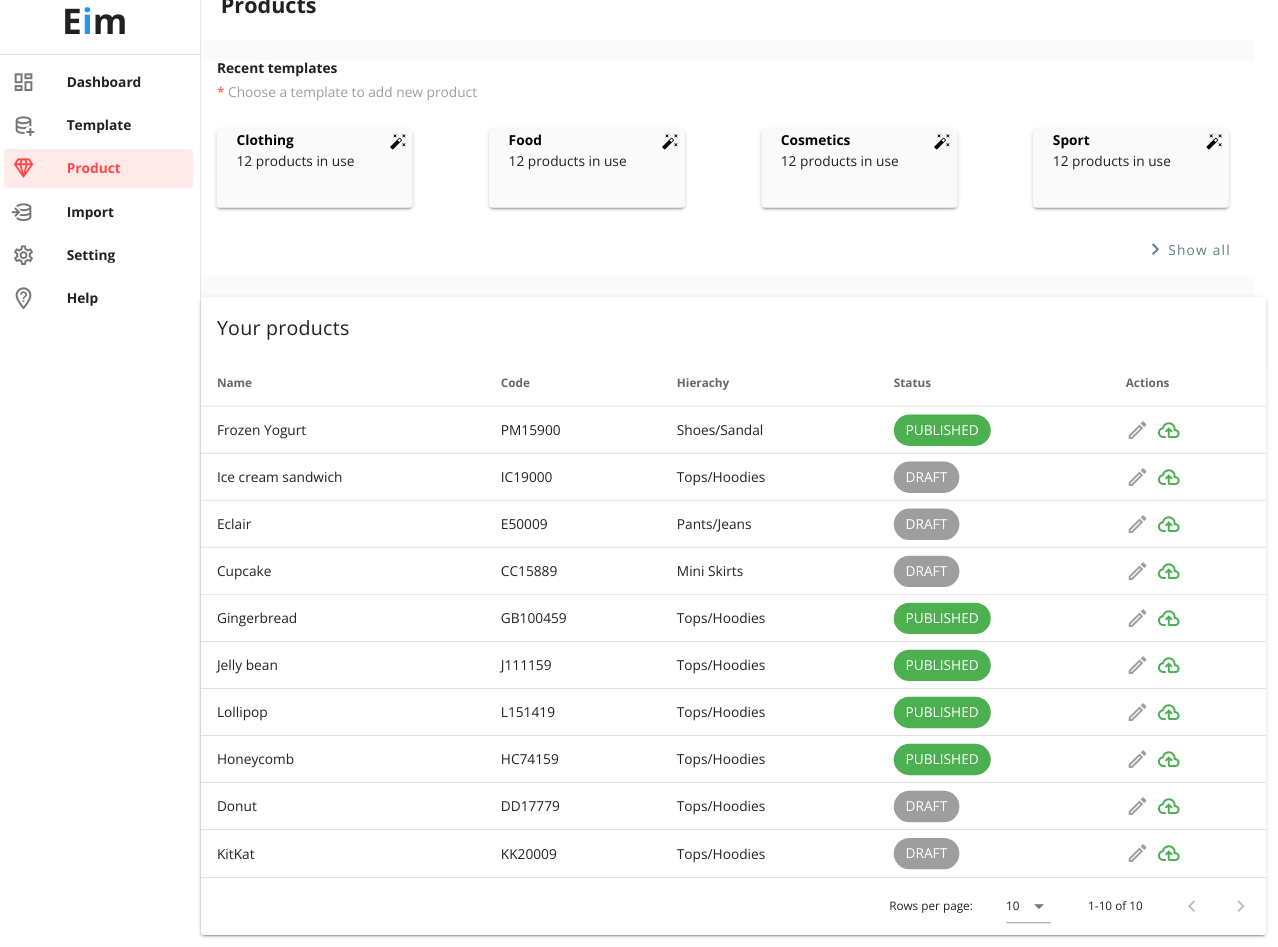
Repository: nguyenphuong152/pim-template
Page: /product
The author's editor kept a copy of each file at every save. The page is drawn from the files as they stood at one save, then again after the next save.
The browser window is 1280 px wide. The page is 1304 px wide, so the pictures cover 1304 px, including what lies to the right of the window. The pictures show the whole page, at 98% of full size.
The project was rebuilt for these pictures with package versions that can differ from the ones it lists, and the page was loaded fresh each time. Also part of the build but not shown: vue.config.js, src/views/Home.vue, src/components/Outcome_1/SearchTemplate.vue, src/components/Outcome_1/YourTemplate.vue, src/components/Outcome_1/ListComponent.vue, src/components/Outcome_1/AddInfo.vue, src/components/Outcome_1/AddDetail.vue, src/components/Outcome_1/ListComponentProgressive.vue and 18 more.

Above is the page before, as saved 2021-01-19 00:10:50.

### public/index.html
<!DOCTYPE html>
<html lang="en">
  <head>
    <meta charset="utf-8" />
    <meta http-equiv="X-UA-Compatible" content="IE=edge" />
    <meta name="viewport" content="width=device-width,initial-scale=1.0" />
    <link rel="icon" href="<%= BASE_URL %>favicon.ico" />
    <link rel="preconnect" href="https://fonts.gstatic.com" />
    <link rel="preconnect" href="https://fonts.gstatic.com" />
    <link rel="preconnect" href="https://fonts.gstatic.com" />
    <link
      href="https://fonts.googleapis.com/css2?family=Open+Sans:wght@300;400;600;700;800&display=swap"
      rel="stylesheet"
    />
    <link
      href="https://fonts.googleapis.com/css?family=Montserrat:300,400,500,600,700"
      rel="stylesheet"
    />
    <title><%= htmlWebpackPlugin.options.title %></title>
    <link
      rel="stylesheet"
      href="https://fonts.googleapis.com/css?family=Roboto:100,300,400,500,700,900"
    />
    <link
      rel="stylesheet"
      href="https://cdn.jsdelivr.net/npm/@mdi/font@latest/css/materialdesignicons.min.css"
    />
  </head>
  <body>
    <noscript>
      <strong
        >We're sorry but <%= htmlWebpackPlugin.options.title %> doesn't work
        properly without JavaScript enabled. Please enable it to
        continue.</strong
      >
    </noscript>
    <div id="app"></div>
    <!-- built files will be auto injected -->
  </body>
</html>

### src/main.js
import Vue from "vue";
import App from "./App.vue";
import router from "./router";
import "../sass/style.scss";
import vuetify from "./plugins/vuetify";
import store from "./store";
import { VueMaskDirective } from "v-mask";
Vue.directive("mask", VueMaskDirective);

Vue.config.productionTip = false;

new Vue({
  store,
  router,
  vuetify,
  render: (h) => h(App),
}).$mount("#app");

### src/App.vue
<template>
  <v-app v-bind:style="{ background: activeColor }">
    <v-card height="80" flat class="hidden-md-and-up align-baseline">
      <v-row style="height:0px">
        <v-col class="px-0" cols="3">
          <span class="logo text-start">
            E<span class="blue--text">i</span>m</span
          >
        </v-col>
        <v-col>
          <div class="text-end">
            <v-menu offset-y>
              <template v-slot:activator="{ on }">
                <v-app-bar-nav-icon v-on="on"></v-app-bar-nav-icon>
              </template>
              <v-list>
                <v-list-item
                  v-for="(item, index) in items"
                  :key="index"
                  :to="item.path"
                  color="blue"
                >
                  <v-list-item-title class="text-start">{{
                    item.title
                  }}</v-list-item-title>
                </v-list-item>
              </v-list>
            </v-menu>
          </div>
        </v-col>
      </v-row>
    </v-card>

    <v-row>
      <v-col cols="2" class="pa-0 hidden-xs-only">
        <v-navigation-drawer permanent width="220" class="hidden-xs-only">
          <v-list-item>
            <v-list-item-content>
              <v-list-item-title class="logo">
                E<span class="blue--text">i</span>m
              </v-list-item-title>
            </v-list-item-content>
          </v-list-item>

          <v-divider></v-divider>

          <v-list dense nav class="text-start pl-4">
            <v-list-item
              v-for="item in items"
              :key="item.title"
              :to="item.path"
              color="#FF4848"
            >
              <v-list-item-icon>
                <v-icon>{{ item.icon }}</v-icon>
              </v-list-item-icon>
              <v-list-item-content>
                <v-list-item-title class="template-title font-weight-bold ">{{
                  item.title
                }}</v-list-item-title>
              </v-list-item-content>
            </v-list-item>
          </v-list>
        </v-navigation-drawer>
      </v-col>
      <v-col class="pa-0">
        <router-view />
      </v-col>
    </v-row>
  </v-app>
</template>

<script>
export default {
  name: "App",
  components: {},
  watch: {
    $route(to) {
      document.title = `${to.meta.title}`;
    },
  },
  data() {
    return {
      clicked: false,
      activeColor: "#FAFAFA",
      items: [
        { title: "Dashboard", icon: "mdi-view-dashboard-outline", path: "" },
        {
          title: "Template",
          icon: "mdi-database-plus-outline",
          path: "/template",
        },
        { title: "Product", icon: "mdi-diamond-stone", path: "/product" },
        {
          title: "Import",
          icon: "mdi-database-import-outline",
          path: "/import",
        },

        { title: "Setting", icon: "mdi-cog-outline", path: "" },
        { title: "Help", icon: "mdi-map-marker-question-outline", path: "" },
      ],
      right: null,
    };
  },
};
</script>

### src/router/index.js
import Vue from "vue";
import VueRouter from "vue-router";
import Home from "../views/Home.vue";
import Template from "../views/Outcome_1/CreateProductTemplate.vue";
import Product from "../views/Outcome_2/Outcome_2_screen.vue";
import AddProduct from "../views/Outcome_2/AddProduct.vue";
import Import from "../views/Outcome_3/outcome3_screen.vue";

Vue.use(VueRouter);

const routes = [
  {
    path: "/",
    name: "Home",
    component: Home,
  },
  {
    path: "/template",
    name: "Template",
    component: Template,
    meta: {
      title: "Add Template",
    },
  },
  {
    path: "/product",
    name: "Product",
    component: Product,
    meta: {
      title: "Product",
    },
  },
  {
    path: "/addproduct/:name",
    name: "AddProduct",
    component: AddProduct,
    meta: {
      title: "Add Product",
    },
  },
  {
    path: "/import",
    name: "Import",
    component: Import,
    meta: {
      title: "Import",
    },
  },
  {
    path: "/about",
    name: "About",
    // route level code-splitting
    // this generates a separate chunk (about.[hash].js) for this route
    // which is lazy-loaded when the route is visited.
    component: () =>
      import(/* webpackChunkName: "about" */ "../views/About.vue"),
  },
];

const router = new VueRouter({
  mode: "history",
  base: process.env.BASE_URL,
  routes,
});

export default router;

### sass/style.scss
$font-primary: 'Open Sans',
sans-serif;

@import "~vuetify/src/styles/styles.sass";

$fontsize-content: 14px;
$fontsize-title: 24px;
$fontsize-logo:36px;
$fontsize-header:22px;
$fontsize-nav:20px;


#app {
  font-family: $font-primary;
   font-size:$fontsize-content;
  -webkit-font-smoothing: antialiased;
  -moz-osx-font-smoothing: grayscale;
  text-align: center;
  color: #2c3e50;
}

#nav {
  padding: 30px;
}

#nav a {
  font-weight: bold;
  color: #2c3e50;
}

#nav a.router-link-exact-active {
  color: #42b983;
}

.title {
  font: $font-primary !important;
  font-size: $fontsize-nav !important;
}

.logo {
  @extend .title;
  font-weight: 700 !important;
  font-size: $fontsize-logo !important;
}

.text-header {
  font: $font-primary !important;
  font-size: $fontsize-header !important;
  font-weight: 700;
}


.template-title {
  @extend .title;
  font-size: $fontsize-content !important;
}

### src/store/index.js
import Vue from "vue";
import Vuex from "vuex";

Vue.use(Vuex);

import state from "./state";
import * as getters from "./getters";
import * as mutations from "./mutations";
import * as actions from "./actions";

export default new Vuex.Store({
  state,
  getters,
  mutations,
  actions,
});

### src/views/Outcome_2/Outcome_2_screen.vue
<template>
  <div>
    <v-row>
      <v-col height="100%"
        ><Search />
        <br />
        <RecentTemplate />
        <br />
        <ListProduct
          :class="{
            'mx-6': $vuetify.breakpoint.smAndDown,
            'ma-0': $vuetify.breakpoint.mdAndUp,
          }"
        />
      </v-col>
    </v-row>
  </div>
</template>

<script>
import Search from "../../components/Outcome_2/SearchProduct";
import RecentTemplate from "../../components/Outcome_2/RecentTemplate";
import ListProduct from "../../components/Outcome_2/ListProduct";
export default {
  components: {
    Search,
    RecentTemplate,
    ListProduct,
  },
};
</script>

<style></style>

### src/store/state.js
export default {
  listNewComponent: [],

  basicInfo: [],
  textComponent: [],
  imageComponent: null,
  videoComponent: null,
  colorComponent: null,
  dateComponent: [],
  selectComponent: {
    selectionTitle: [],
  },
  listTemplate: [],
  customComponent: [],

  toogleRerenderComponent: 0,
  generateImage: 1,
};

### src/store/getters.js
export const listComponent = (state) => {
  return state.listNewComponent;
};

export const basicInfo = (state) => {
  return state.basicInfo;
};

export const textComponent = (state) => {
  return state.textComponent;
};
export const imageComponent = (state) => {
  return state.imageComponent;
};
export const videoComponent = (state) => {
  return state.videoComponent;
};
export const colorComponent = (state) => {
  return state.colorComponent;
};
export const dateComponent = (state) => {
  return state.dateComponent;
};
export const selectComponent = (state) => {
  return state.selectComponent;
};

export const key = (state) => {
  return state.toogleRerenderComponent;
};

export const listTemplate = (state) => {
  return state.listTemplate;
};

export const generateImage = (state) => {
  return state.generateImage;
};

### src/store/actions.js
export const addComponentToList = ({ commit }, { component }) => {
  commit("ADD_TO_LIST", { component });
};

export const deleteComponentFromList = ({ commit }, component) => {
  commit("DELETE_FROM_LIST", component);
};

export const addBasicInfoForTemplate = ({ commit }, { basicInfo }) => {
  commit("ADD_BASIC_INFO_FOR_TEMPLATE", basicInfo);
};

export const addTextComponentForTemplate = ({ commit }, { textComponent }) => {
  commit("ADD_TEXT_COMPONENT_FOR_TEMPLATE", textComponent);
};

export const addImageComponentForTemplate = ({ commit }, { countImage }) => {
  commit("ADD_IMAGE_COMPONENT_FOR_TEMPLATE", countImage);
};

export const addVideoComponentForTemplate = ({ commit }, { countVideo }) => {
  commit("ADD_VIDEO_COMPONENT_FOR_TEMPLATE", countVideo);
};

export const addColorComponentForTemplate = ({ commit }, { countColor }) => {
  commit("ADD_COLOR_COMPONENT_FOR_TEMPLATE", countColor);
};

export const addDateComponentForTemplate = ({ commit }, { dateComponent }) => {
  commit("ADD_DATE_COMPONENT_FOR_TEMPLATE", dateComponent);
};

export const addSelectComponentForTemplate = (
  { commit },
  { title, selections }
) => {
  commit("ADD_SELECT_COMPONENT_FOR_TEMPLATE", { title, selections });
};

export const rerenderComponent = ({ commit }) => {
  commit("RERENDER_COMPONENT");
};

export const generateImage = ({ commit }) => {
  commit("GENERATE_IMAGE");
};

export const deleteListTemplate = ({ commit }) => {
  commit("DELETE_LIST");
};

export const createTemplate = (
  { commit },
  {
    name,
    basicInfo,
    textComponent,
    imageComponent,
    videoComponent,
    colorComponent,
    dateComponent,
    selectComponent,
  }
) => {
  commit("CREATE_TEMPLATE", {
    name,
    basicInfo,
    textComponent,
    imageComponent,
    videoComponent,
    colorComponent,
    dateComponent,
    selectComponent,
  });
};

### src/components/Outcome_2/SearchProduct.vue
<template>
  <v-card class="text-start" height="65" flat>
    <v-row class="d-flex align-baseline">
      <v-col md="10" class="text-header pl-8">Products</v-col>
    </v-row>
  </v-card>
</template>

<script>
export default {
  methods: {},
};
</script>

<style></style>

### src/components/Outcome_2/RecentTemplate.vue
<template>
  <v-card :height="setHeight" width="100%" class="py-2" flat>
    <v-row class="align-baseline mx-4">
      <v-col class="py-0 text-start px-0" cols="9"
        ><span class="font-weight-bold">Recent templates</span>
      </v-col>
    </v-row>
    <v-row class="mx-4 my-4">
      <span class="grey--text"
        ><span class="red--text">* </span> Choose a template to add new
        product</span
      >
    </v-row>
    <v-row>
      <v-col v-for="(item, i) in items" :key="i" class="mx-4 " xs="6">
        <v-card
          color="#fafafa"
          :width="setWidthCard"
          height="80"
          @click="addProduct(item.name)"
        >
          <div class="d-flex child-flex justify-space-between">
            <v-row>
              <v-col class="text-start pl-8">
                <span class="template-title font-weight-bold black--text">{{
                  item.name
                }}</span>
                <br />
                <span class="font-weight-thin">{{ item.products }}</span>
              </v-col>
              <v-col cols="1">
                <v-icon color="black" size="18" @click="showAddTemplate()"
                  >mdi-auto-fix</v-icon
                >
              </v-col>
            </v-row>
          </div>
        </v-card>
      </v-col>
      <v-row class="align-baseline hidden-md-and-up">
        <v-col class="text-start pl-10">
          <v-btn outlined style="text-transform:none" color="blue"
            >Add template</v-btn
          >
        </v-col>
        <v-col cols="5">
          <v-dialog v-model="dialog" scrollable max-width="300px">
            <template v-slot:activator="{ on, attrs }">
              <v-btn
                color="blue-grey"
                dark
                v-bind="attrs"
                v-on="on"
                text
                style="text-transform:none"
              >
                <v-icon color="blue-grey"> mdi-chevron-right </v-icon>Show all
              </v-btn>
            </template>
            <v-card height="100%">
              <v-card-title>
                Your template
                <v-spacer></v-spacer>
                <v-icon color="red" @click="dialog = false"
                  >mdi-window-close</v-icon
                >
              </v-card-title>
              <v-divider></v-divider>
              <v-card-text style="height:500px;">
                <v-col v-for="(item, i) in templates" :key="i"
                  ><v-card color="#fafafa" @click="addProduct(item.name)">
                    <div class="d-flex flex-no-wrap justify-space-between">
                      <div>
                        <v-row>
                          <v-col class="text-start pl-8">
                            <span
                              class="template-title font-weight-bold black--text"
                              >{{ item.name }}</span
                            >
                            <br />
                            <span class="font-weight-thin">{{
                              item.products
                            }}</span>
                          </v-col>
                        </v-row>
                      </div>
                    </div>
                  </v-card></v-col
                ></v-card-text
              >
            </v-card>
          </v-dialog>
        </v-col>
      </v-row>
    </v-row>
    <v-row>
      <v-col cols="10" class="px-0"></v-col>
      <v-col class="px-0">
        <v-dialog v-model="dialog" scrollable max-width="300px">
          <template v-slot:activator="{ on, attrs }">
            <v-btn
              color="blue-grey"
              dark
              v-bind="attrs"
              v-on="on"
              text
              style="text-transform:none"
            >
              <v-icon color="blue-grey"> mdi-chevron-right </v-icon>Show all
            </v-btn>
          </template>
          <v-card height="100%">
            <v-card-title>
              Your template
              <v-spacer></v-spacer>
              <v-icon color="red" @click="dialog = false"
                >mdi-window-close</v-icon
              >
            </v-card-title>
            <v-divider></v-divider>
            <v-card-text style="height:500px;">
              <v-col v-for="(item, i) in templates" :key="i"
                ><v-card color="#fafafa" @click="addProduct(item.name)">
                  <div class="d-flex flex-no-wrap justify-space-between">
                    <div>
                      <v-row>
                        <v-col class="text-start pl-8">
                          <span
                            class="template-title font-weight-bold black--text"
                            >{{ item.name }}</span
                          >
                          <br />
                          <span class="font-weight-thin">{{
                            item.products
                          }}</span>
                        </v-col>
                      </v-row>
                    </div>
                  </div>
                </v-card></v-col
              ></v-card-text
            >
          </v-card>
        </v-dialog>
      </v-col>
    </v-row>
  </v-card>
</template>

<script>
export default {
  data: () => ({
    dialog: false,
    items: [
      {
        name: "Clothing",
        products: "12 products in use",
      },
      {
        name: "Food",
        products: "12 products in use",
      },
      {
        name: "Cosmetics",
        products: "12 products in use",
      },
      {
        name: "Sport",
        products: "12 products in use",
      },
    ],
    templates: [
      {
        name: "Clothing",
        products: "12 products in use",
      },
      {
        name: "Food",
        products: "12 products in use",
      },
      {
        name: "Cosmetics",
        products: "12 products in use",
      },
      {
        name: "Sport",
        products: "12 products in use",
      },
    ],
  }),
  methods: {
    addProduct(text) {
      this.$router.push({
        name: "AddProduct",
        params: { name: text },
      });
    },
  },
  created() {
    this.listTemplate = this.$store.getters.listTemplate;
    for (var i = 0; i < this.listTemplate.length; i++) {
      var element = {};
      element.name = this.listTemplate[i].name;
      element.products = "Add new product !";
      this.templates.unshift(element);
    }
  },
  computed: {
    setHeight() {
      if (
        this.$vuetify.breakpoint.name === "xs" ||
        this.$vuetify.breakpoint.name === "sm"
      ) {
        return 350;
      } else return 220;
    },
    setWidthCard() {
      if (
        this.$vuetify.breakpoint.name === "xs" ||
        this.$vuetify.breakpoint.name === "sm"
      ) {
        return 150;
      } else if (this.$vuetify.breakpoint.name === "md") {
        return 200;
      } else return 200;
    },
  },
};
</script>

<style></style>

### src/components/Outcome_2/ListProduct.vue
<template>
  <v-card>
    <v-card-title>
      Your products
    </v-card-title>
    <v-data-table :headers="headers" :items="desserts">
      <template v-slot:item.status="{ item }">
        <v-chip :color="getColor(item.status)" dark>
          {{ item.status }}
        </v-chip>
      </template>
      <template v-slot:item.actions="{ item }">
        <v-icon medium class="mr-2" @click="editItem(item)" color="grey">
          mdi-pencil-outline
        </v-icon>
        <v-icon medium @click="deleteItem(item)" color="green">
          mdi-cloud-upload-outline
        </v-icon>
      </template>
    </v-data-table>
  </v-card>
</template>

<script>
export default {
  data() {
    return {
      search: "",
      headers: [
        {
          text: "Name",
          align: "start",
          sortable: false,
          value: "name",
        },
        { text: "Code", value: "code" },
        { text: "Hierachy", value: "hierachy" },
        { text: "Status", value: "status" },
        { text: "Actions", value: "actions", sortable: false },
      ],
      desserts: [
        {
          name: "Frozen Yogurt",
          code: "PM15900",
          hierachy: "Shoes/Sandal",
          status: "PUBLISHED",
        },
        {
          name: "Ice cream sandwich",
          code: "IC19000",
          hierachy: "Tops/Hoodies",
          status: "DRAFT",
        },
        {
          name: "Eclair",
          code: "E50009",
          hierachy: "Pants/Jeans",
          status: "DRAFT",
        },
        {
          name: "Cupcake",
          code: "CC15889",
          hierachy: "Mini Skirts",
          status: "DRAFT",
        },
        {
          name: "Gingerbread",
          code: "GB100459",
          hierachy: "Tops/Hoodies",
          status: "PUBLISHED",
        },
        {
          name: "Jelly bean",
          code: "J111159",
          hierachy: "Tops/Hoodies",
          status: "PUBLISHED",
        },
        {
          name: "Lollipop",
          code: "L151419",
          hierachy: "Tops/Hoodies",
          status: "PUBLISHED",
        },
        {
          name: "Honeycomb",
          code: "HC74159",
          hierachy: "Tops/Hoodies",
          status: "PUBLISHED",
        },
        {
          name: "Donut",
          code: "DD17779",
          hierachy: "Tops/Hoodies",
          status: "DRAFT",
        },
        {
          name: "KitKat",
          code: "KK20009",
          hierachy: "Tops/Hoodies",
          status: "DRAFT",
        },
      ],
    };
  },
  methods: {
    getColor(status) {
      if (status === "DRAFT") return "grey";
      else return "green";
    },
  },
};
</script>

Loaded but not shown: src/plugins/vuetify.js (common file); src/store/mutations.js (113 lines, source omitted)

After the next save:
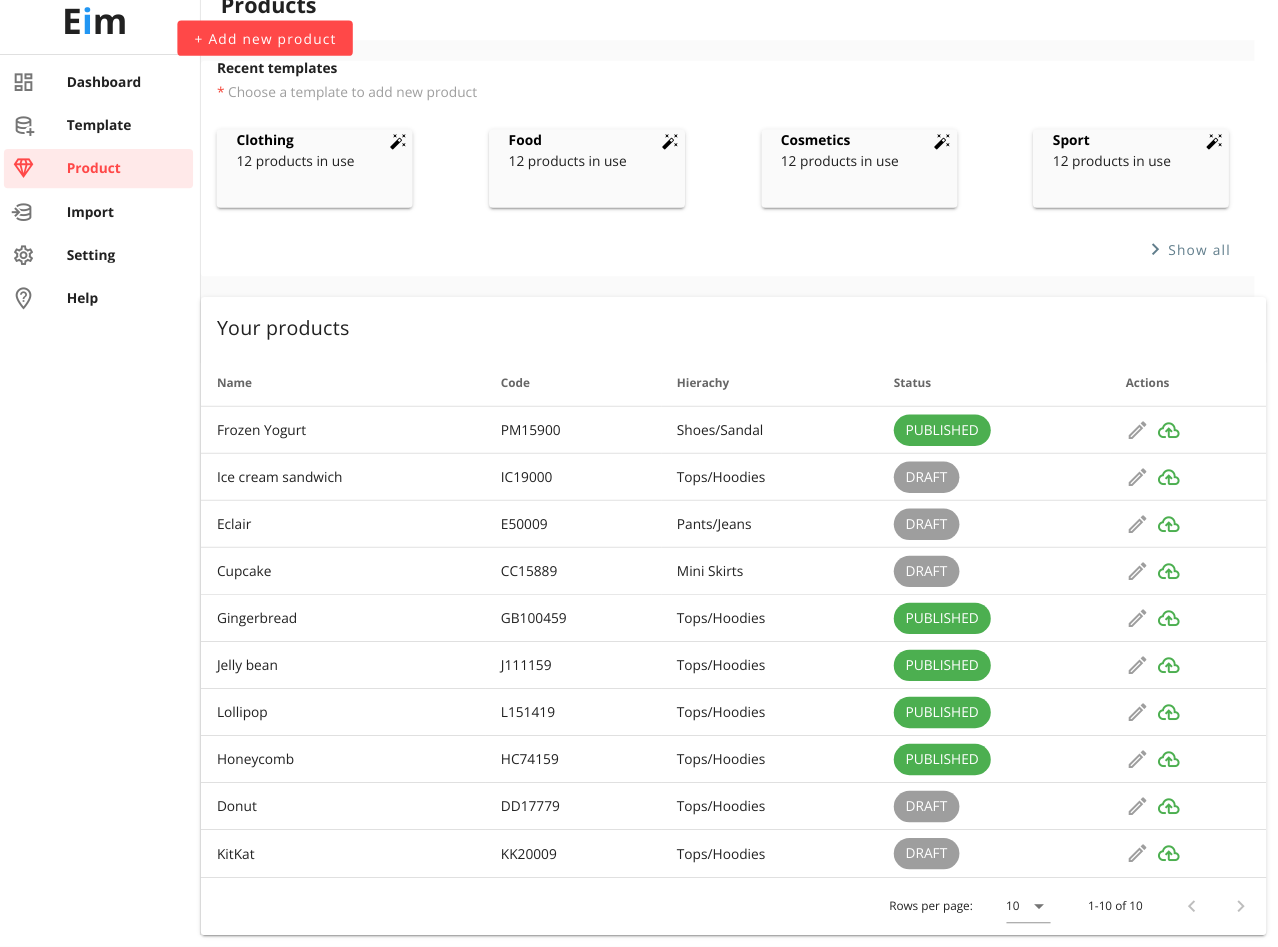
Saved 94 s later.
--- a/src/components/Outcome_2/SearchProduct.vue
+++ b/src/components/Outcome_2/SearchProduct.vue
@@ -2,6 +2,17 @@
   <v-card class="text-start" height="65" flat>
     <v-row class="d-flex align-baseline">
       <v-col md="10" class="text-header pl-8">Products</v-col>
+      <v-col sm="8" md="6" class="pa-0 hidden-xs-only">
+        <v-row class="align-baseline">
+          <v-btn
+            depressed
+            color="#ff4848"
+            class="white--text text-none font-weight-medium"
+          >
+            + Add new product</v-btn
+          >
+        </v-row>
+      </v-col>
     </v-row>
   </v-card>
 </template>
